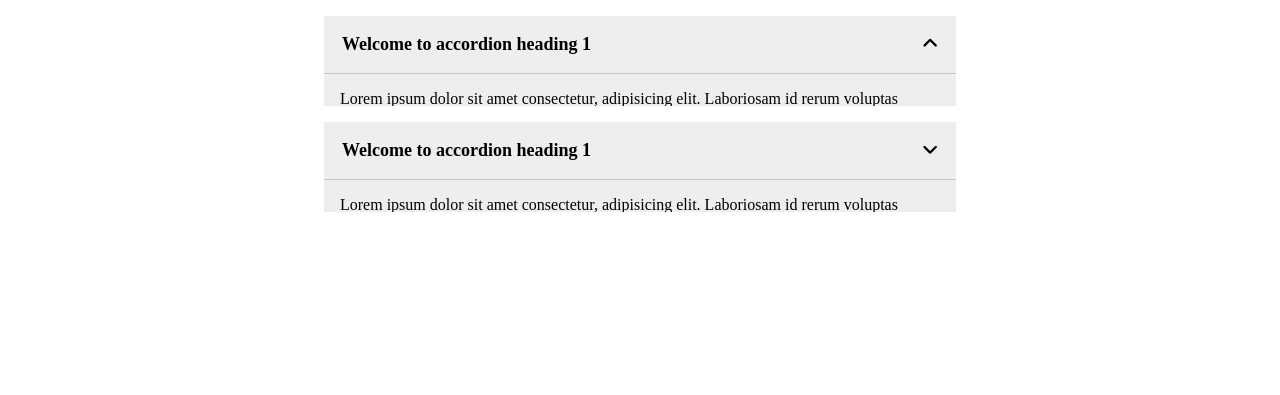
Repository: tungts3qb/Javascript
Page: accordion.html
These files come from the project's save history. The page is drawn as it stood at one moment and after the next save; the edit follows.
The browser window is 1280 px wide. The pictures show the whole page.
After loading, the first visible `div.accordion-header` was clicked once.

Above is the page before, as saved 2022-12-26 01:33:35.

### accordion.html
<!DOCTYPE html>
<html lang="en">
  <head>
    <meta charset="UTF-8" />
    <meta http-equiv="X-UA-Compatible" content="IE=edge" />
    <meta name="viewport" content="width=device-width, initial-scale=1.0" />
    <link
      rel="stylesheet"
      href="https://cdnjs.cloudflare.com/ajax/libs/font-awesome/6.2.1/css/all.min.css"
      integrity="sha512-MV7K8+y+gLIBoVD59lQIYicR65iaqukzvf/nwasF0nqhPay5w/9lJmVM2hMDcnK1OnMGCdVK+iQrJ7lzPJQd1w=="
      crossorigin="anonymous"
      referrerpolicy="no-referrer"
    />
    <link rel="stylesheet" href="style.css" />
    <title>Accordiion</title>
  </head>
  <body>
    <div class="accordion">
      <div class="accordion-header">
        <span><strong>Welcome to accordion heading 1</strong></span>
        <i class="fa fa-angle-down icon"></i>
      </div>
      <div class="accordion-content">
        <div class="accordion-content-inner">
          Lorem ipsum dolor sit amet consectetur, adipisicing elit. Laboriosam
          id rerum voluptas ducimus voluptates, odit similique consequuntur
          perspiciatis maxime, dignissimos esse eos rem molestiae cumque.
          Voluptas optio deserunt quo repellat. Lorem ipsum dolor sit amet
          consectetur, adipisicing elit. Voluptatum, officiis repudiandae,
          maxime illo nisi dignissimos, earum natus sint non sapiente molestias
          tenetur? Explicabo ullam nam beatae animi doloribus molestiae
          laudantium?Lorem ipsum dolor sit amet consectetur adipisicing elit.
          Nobis alias esse quas quae omnis. Et sint distinctio inventore,
          mollitia dolorum iste similique? Commodi culpa ea quis dolorem sint
          veritatis. Recusandae!
        </div>
      </div>
    </div>

    <div class="accordion">
      <div class="accordion-header">
        <span><strong>Welcome to accordion heading 1</strong></span>
        <i class="fa fa-angle-down icon"></i>
      </div>
      <div class="accordion-content">
        <div class="accordion-content-inner">
          Lorem ipsum dolor sit amet consectetur, adipisicing elit. Laboriosam
          id rerum voluptas ducimus voluptates, odit similique consequuntur
          perspiciatis maxime, dignissimos esse eos rem molestiae cumque.
          Voluptas optio deserunt quo repellat.
        </div>
      </div>
    </div>
    <script src="./accordion.js"></script>
  </body>
</html>

### style.css
.button {
  padding: 20px;
  color: white;
  background-color: #ffa400;
  border: 0;
  margin: 50px auto;
  display: block;
  width: 300px;
  font-family: "Poppins", sans-serif;
}

.change {
  display: block;
  padding: 15px 40px;
  border-radius: 10px;
  border: 0;
  color: white;
  font-family: "Poppins", sans-serif;
  margin: 50px auto;
  background-color: #3d6ef7;
}

.menu {
  width: 300px;
  position: fixed;
  top: 0;
  right: 0;
  bottom: 0;
  box-shadow: rgba(100, 100, 111, 0.2) 0px 7px 29px 0px;
  list-style: none;
  transform: translateX(100%);
  transition: transform 0.25s linear;
  margin-top: 0;
  margin-bottom: 0;
}

.menu.is-show {
  transform: translateX(0%);
}

.menu-link {
  display: block;
  padding: 20px 15px;
  color: #333;
  border-bottom: 1px solid #eee;
}

.header {
  padding: 20px;
  display: flex;
  align-items: center;
  justify-content: flex-end;
}

.menu-toggle {
  cursor: pointer;
  font-size: 30px;
  position: relative;
  z-index: 9999;
}

.menu-item a {
  text-decoration: none;
}

/* ============ Tab.html ============= */

.tab {
  padding: 2.5rem;
  border-radius: 1rem;
  background-color: white;
  display: inline-block;
  position: relative;
  left: 50%;
  transform: translateX(-50%);
  margin: 50px auto;
  box-shadow: rgba(100, 100, 111, 0.2) 0px 7px 29px 0px;
  width: 500px;
}

.tab-list {
  display: flex;
  justify-content: space-between;
  margin-bottom: 2.5rem;
}

.tab-item {
  cursor: pointer;
  padding: 1rem 2rem;
  border-radius: 5rem;
  color: #818e9b;
  background-color: #f4f5f7;
  text-align: center;
  white-space: nowrap;
  font-weight: 500;
  margin: 0 auto;
  flex: 1;
}

.tab-item.active {
  color: white;
  background-color: #2979ff;
  pointer-events: none;
}

.tab-item:not(:first-child) {
  margin-left: 1.5rem;
}

.tab-content {
  display: none;
}

.tab-content.active {
  display: block;
}

.post {
  display: flex;
  align-items: center;
}

.post:not(:first-child) {
  margin-bottom: 2rem;
}

.post-title {
  color: #4e4f51;
  font-weight: 300;
  line-height: 1.8;
  font-size: 14px;
}

.accordion {
  width: 50%;
  margin: 1rem auto;
  background-color: #eee;
}

.accordion-header {
  cursor: pointer;
  padding: 18px;
  font-size: 18px;
  display: flex;
  justify-content: space-between;
  border-bottom: 1px solid rgb(199, 196, 196);
}

.accordion-header * {
  pointer-events: none;
}

.accordion-content {
  margin: 1rem;
  padding-bottom: 1rem;
}

.accordion-content {
  /* display: none; */
  height: 0;
  overflow: hidden;
  transition: height 0.25s linear;
}

.accordion-content.is-active {
  display: block;
}

### accordion.js
const accordionHeaders = document.querySelectorAll(".accordion-header");
[...accordionHeaders].forEach((item) =>
  item.addEventListener("click", handleClickAccordion)
);

function handleClickAccordion(e) {
  e.target.nextElementSibling.classList.toggle("is-active");
  const icon = e.target.querySelector(".icon");
  icon.classList.toggle("fa-angle-down");
  icon.classList.toggle("fa-angle-up");
}

After the next save:
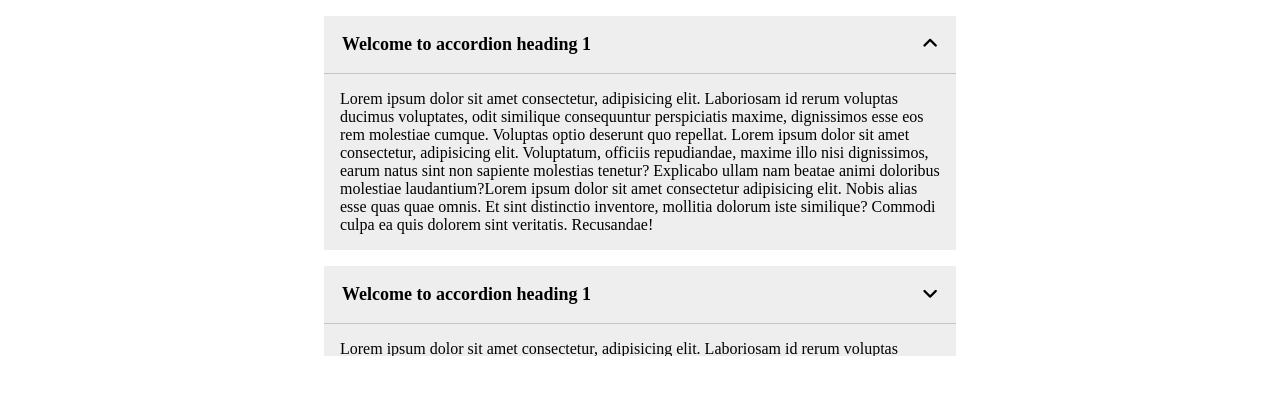
Saved 21 s later.
--- a/style.css
+++ b/style.css
@@ -163,5 +163,6 @@
 }
 
 .accordion-content.is-active {
-  display: block;
+  /* display: block; */
+  height: auto;
 }
